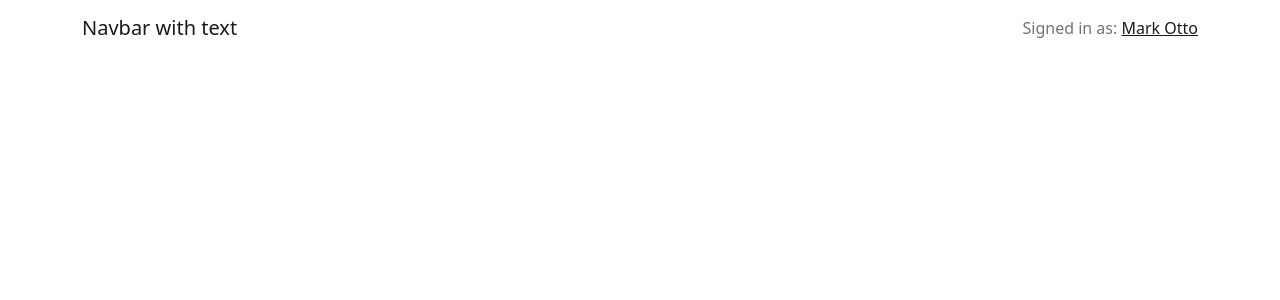
Repository: adnanyagmur/React-Instagram-Clone-Bootstrap
Page: /
An editor plug-in stored every save of this project. The page is shown before and after the next save, followed by the edit.
The browser window is 1280 px wide. The pictures show the whole page.
The project was rebuilt for these pictures with package versions that can differ from the ones it lists, and the page was loaded fresh each time.

Above is the page before, as saved 2022-07-01 16:05:35.

After the next save:
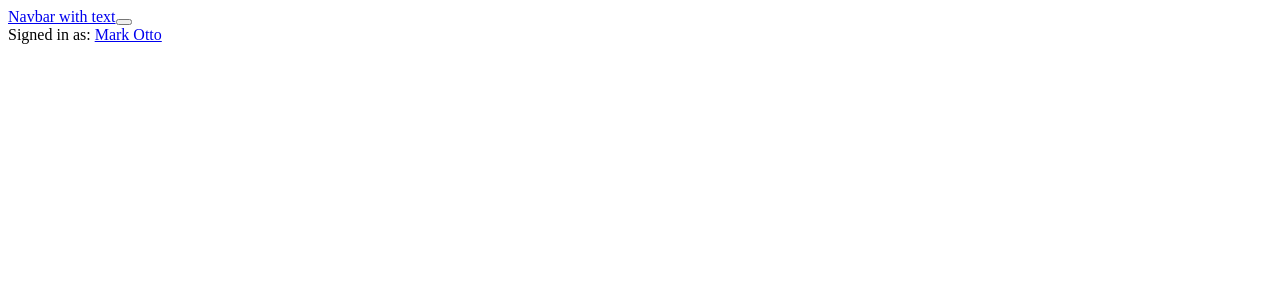
Saved 9 s later.
--- a/src/index.js
+++ b/src/index.js
@@ -3,7 +3,7 @@
 import App from './App';
 import { BrowserRouter } from 'react-router-dom';
 import { ThemeProvider } from 'react-bootstrap';
-import 'bootstrap/dist/css/bootstrap.min.css';
+/* import 'bootstrap/dist/css/bootstrap.min.css'; */
 /* import '../node_modules/bootstrap/dist/css/bootstrap.min.css'; */
 
 

After the save that followed:
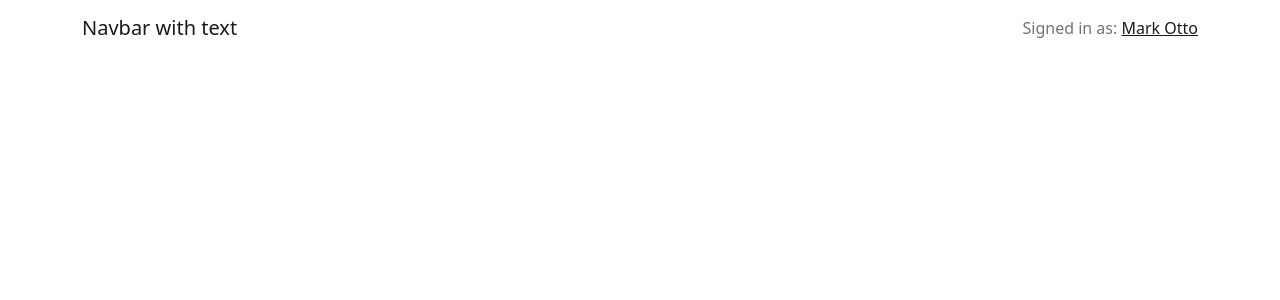
Saved 12 s later.
--- a/src/index.js
+++ b/src/index.js
@@ -4,7 +4,7 @@
 import { BrowserRouter } from 'react-router-dom';
 import { ThemeProvider } from 'react-bootstrap';
 /* import 'bootstrap/dist/css/bootstrap.min.css'; */
-/* import '../node_modules/bootstrap/dist/css/bootstrap.min.css'; */
+import '../node_modules/bootstrap/dist/css/bootstrap.min.css';
 
 
 
